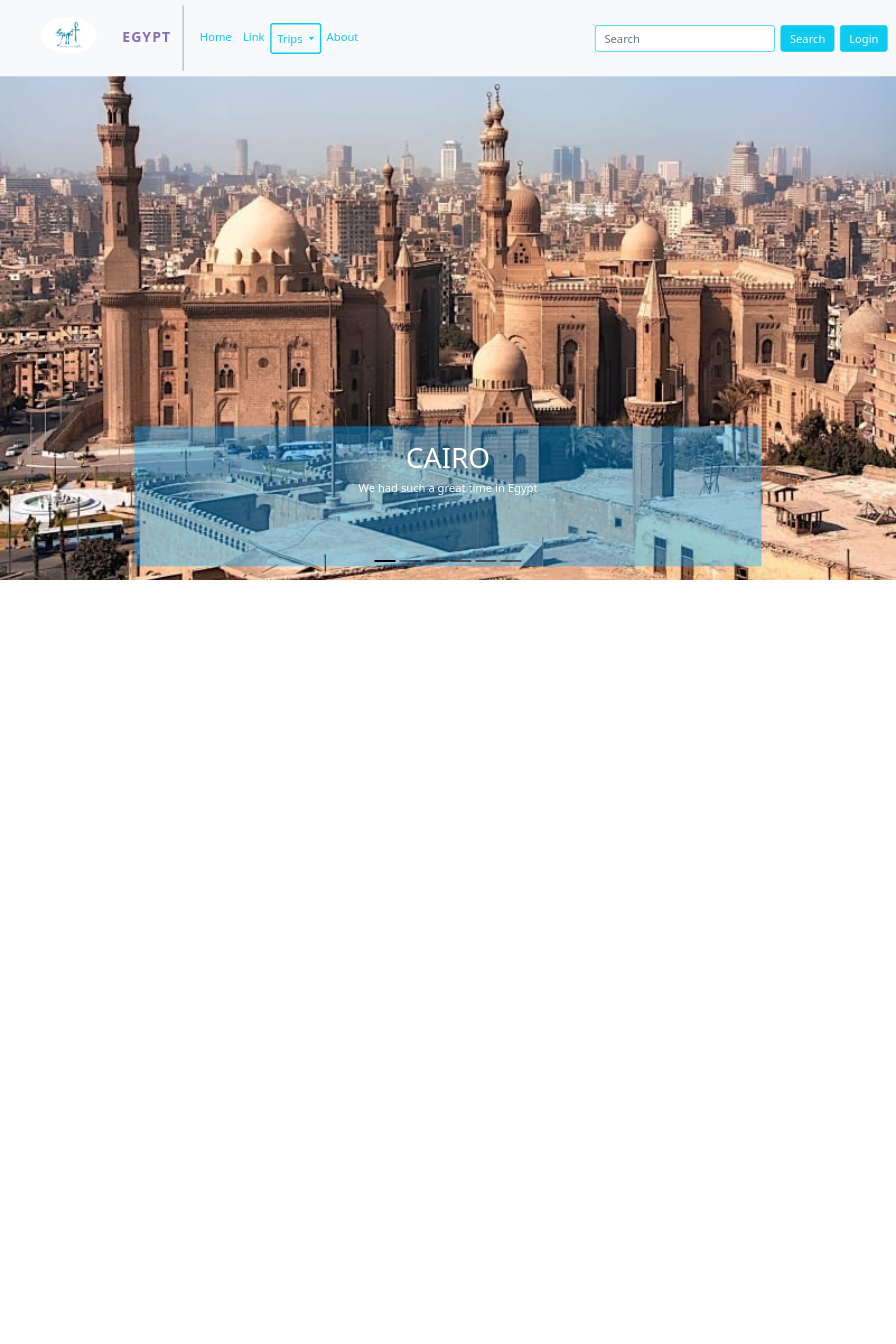
Repository: Ahmed123rezk123/P-temp
Page: index.html
An editor plug-in stored every save of this project. The page is shown before and after the next save, followed by the edit.
The browser window is 1280 px wide. The pictures show the part of the page from y = 0 to 1920 px (the page is 10000 px tall), at 70% of full size.

Above is the page before, as saved 2024-02-15 13:40:29.

### index.html
<!DOCTYPE html>
<html lang="en">
  <head>
    <meta charset="UTF-8" />
    <meta name="viewport" content="width=device-width, initial-scale=1.0" />
    <title>Document</title>
    <link rel="stylesheet" href="CSS/style.css" />
    <link rel="stylesheet" href="CSS/all.css" />
    <link
      href="https://cdn.jsdelivr.net/npm/bootstrap@5.1.3/dist/css/bootstrap.min.css"
      rel="stylesheet"
      integrity="sha384-1BmE4kWBq78iYhFldvKuhfTAU6auU8tT94WrHftjDbrCEXSU1oBoqyl2QvZ6jIW3"
      crossorigin="anonymous"
    />
  </head>
  <body>
    <nav class="navbar navbar-expand-lg bg-light sticky-top">
      <div class="container-fluid">
        <a class="navbar-brand egypt p-lg-3" href="#">
          <img
            src="images/e2533023876439.5632a45cc17d8.jpg"
            class="img-fluid logo mb-2"
            alt=""
          />
          EGYPT
        </a>
        <button
          class="navbar-toggler"
          type="button"
          data-bs-toggle="collapse"
          data-bs-target="#navbarSupportedContent"
          aria-controls="navbarSupportedContent"
          aria-expanded="false"
          aria-label="Toggle navigation"
        >
          <i class="fas fa-bars"></i>
        </button>
        <div class="collapse navbar-collapse" id="navbarSupportedContent">
          <ul class="navbar-nav me-auto mb-2 mb-lg-0">
            <li class="nav-item">
              <a
                class="nav-link active text-info p-lg-2"
                aria-current="page"
                href="#"
                >Home</a
              >
            </li>
            <li class="nav-item">
              <a class="nav-link text-info p-lg-2" href="#">Link</a>
            </li>
            <li class="nav-item dropdown">
              <a
                class="nav-link dropdown-toggle text-info border rounded border-info border-2 trips p-lg-2"
                href="#"
                id="navbarDropdown"
                role="button"
                data-bs-toggle="dropdown"
                aria-expanded="false"
              >
                Trips
              </a>
              <ul class="dropdown-menu" aria-labelledby="navbarDropdown">
                <li><a class="dropdown-item text-info" href="#">Cairo</a></li>
                <li><a class="dropdown-item text-info" href="#">Alex</a></li>
                <li><hr class="dropdown-divider text-info" /></li>
                <li><a class="dropdown-item text-info" href="#">Aswan</a></li>
                <li><a class="dropdown-item text-info" href="#">Luxor</a></li>
                <li>
                  <a class="dropdown-item text-info" href="#">Sharm Elsaikh</a>
                </li>
                <li>
                  <a class="dropdown-item text-info" href="#">El Glala</a>
                </li>
                <li>
                  <a class="dropdown-item text-info" href="#">More ...</a>
                </li>
              </ul>
            </li>
            <li class="nav-item">
              <a class="nav-link disabled text-info p-lg-2">About</a>
            </li>
          </ul>
          <form class="d-flex">
            <input
              class="form-control border-info me-2"
              type="search"
              placeholder="Search"
              aria-label="Search"
            />
            <button class="btn btn-info me-2 text-light" type="submit">
              Search
            </button>
            <button type="button" class="btn btn-info text-light"  data-bs-toggle="modal" data-bs-target="#exampleModal">
              Login
            </button>

          </form>
        </div>
      </div>
    </nav>
    <!-- start model -->
    <div
    class="modal fade"
    id="exampleModal"
    tabindex="-1"
    aria-labelledby="exampleModalLabel"
    aria-hidden="true"
  >
    <div class="modal-dialog">
      <div class="modal-content">
        <div class="modal-header bg-info">
          <h5 class="modal-title   text-white " id="exampleModalLabel">
            Login
          </h5>
          <button
            type="button"
            class="btn-close bg-light"
            data-bs-dismiss="modal"
            aria-label="Close"
          ></button>
        </div>
        <div class="modal-body text-info">
          <form>
            <div class="mb-3">
              <label for="exampleInputEmail1" class="form-label">Email address</label>
              <input type="email" class="form-control  border border-info" id="exampleInputEmail1" aria-describedby="emailHelp">
              <div id="emailHelp" class="form-text">We'll never share your email with anyone else.</div>
            </div>
            <div class="mb-3">
              <label for="exampleInputPassword1" class="form-label">Password</label>
              <input type="password" class="form-control border border-info" id="exampleInputPassword1">
            </div>
            <div class="form-check form-switch   ">
              <input class="form-check-input bg-info" type="checkbox" role="switch" id="flexSwitchCheckChecked" checked>
              <label class="form-check-label " for="flexSwitchCheckChecked">Remmember me</label>
            </div>
          </form>
        </div>

        <div class="modal-footer">
            <button type="button" class="btn btn-info text-white">Login</button>
          <button type="button" class="btn btn-info text-white"  data-bs-dismiss="modal"  aria-label="Close">
            Close
          </button>

        </div>
      </div>

    </div>
  </div>
  <!-- end model -->
<!--  Section 1-->
<div id="carouselExampleDark" class="carousel carousel-dark slide" data-bs-ride="carousel">
  <div class="carousel-indicators">
    <button type="button" data-bs-target="#carouselExampleDark" data-bs-slide-to="0" class="active" aria-current="true" aria-label="Slide 1"></button>
    <button type="button" data-bs-target="#carouselExampleDark" data-bs-slide-to="1" aria-label="Slide 2"></button>
    <button type="button" data-bs-target="#carouselExampleDark" data-bs-slide-to="2" aria-label="Slide 3"></button>
    <button type="button" data-bs-target="#carouselExampleDark" data-bs-slide-to="3" aria-label="Slide 4"></button>
    <button type="button" data-bs-target="#carouselExampleDark" data-bs-slide-to="4" aria-label="Slide 5"></button>
    <button type="button" data-bs-target="#carouselExampleDark" data-bs-slide-to="5" aria-label="Slide 6"></button>
  </div>
  <div class="carousel-inner">
    <div class="carousel-item active" data-bs-interval="10000">
      <img src="images/cairo.jpg" class="" alt="...">
      <div class="carousel-caption d-none d-md-block content">
        <h1 class="text-white">CAIRO</h1>
        <p class="text-white">We had such a great time in Egypt</p>
      </div>
    </div>
    <div class="carousel-item" data-bs-interval="2000">
      <img src="images/Alex.jpg" class="" alt="...">
      <div class="carousel-caption d-none d-md-block content">
        <h1 class="text-white">ALEX</h1>
        <p class="text-white">Alex is great</p>
      </div>
    </div>
    <div class="carousel-item">
      <img src="images/sharm.jpg" class="" alt="...">
      <div class="carousel-caption d-none d-md-block content">
        <h1 class="text-white">Sharm Elshekh</h1>
        <p class="text-white">Sharm is beautiful</p>
      </div>
    </div>
    <div class="carousel-item">
      <img src="images/glala.jpg" class="" alt="...">
      <div class="carousel-caption d-none d-md-block content">
        <h1 class="text-white">El Glala</h1>
        <p class="text-white">I love El Glala</p>
      </div>
    </div>
    <div class="carousel-item">
      <img src="images/aswan.jpg" class="" alt="...">
      <div class="carousel-caption d-none d-md-block">
        <h1 class="text-white">Aswan</h1>
        <p class="text-white">I want visit Aswan</p>
      </div>
    </div>
    <div class="carousel-item">
      <img src="images/الأقصر-2.jpg" class="" alt="...">
      <div class="carousel-caption d-none d-md-block">
        <h1 class="text-white">Luxor</h1>
        <p class="text-white">I love this city</p>
      </div>
    </div>
  </div>
  <button class="carousel-control-prev" type="button" data-bs-target="#carouselExampleDark" data-bs-slide="prev">
    <span class="carousel-control-prev-icon" aria-hidden="true"></span>
    <span class="visually-hidden">Previous</span>
  </button>
  <button class="carousel-control-next" type="button" data-bs-target="#carouselExampleDark" data-bs-slide="next">
    <span class="carousel-control-next-icon" aria-hidden="true"></span>
    <span class="visually-hidden">Next</span>
  </button>
</div>
  <script
      src="https://cdn.jsdelivr.net/npm/bootstrap@5.1.3/dist/js/bootstrap.bundle.min.js"
      integrity="sha384-ka7Sk0Gln4gmtz2MlQnikT1wXgYsOg+OMhuP+IlRH9sENBO0LRn5q+8nbTov4+1p"
      crossorigin="anonymous"
    ></script>
  </body>
</html>

### CSS/style.css
* {
    margin: 0;
    padding: 0;
    box-sizing: border-box;
}
body {
    height: 10000px;
}

.logo{
    width: 80px;
    height: 80px;
    border-radius: 50%;
    margin: 0 30px;
}
.egypt {
    position: relative;
    font-weight: bold;
    color:#876fb3;
    letter-spacing: 1.5px;
    border-right: 1px solid   gray;
    padding: 10px;

}

.navbar .navbar-toggler {
    border-color: gray;
    color: gray;
    font-size: 18px;
}
/* .navbar .navbar-toggler:focus {
box-shadow: none;

}
  */

  .carousel-inner .content {
    width: 70%;
    height: 200px;
    background-color: rgb(0, 166, 255,.4);
  }
  .carousel-inner .content h1 {
    text-transform: ;
  }
  .carousel-inner img {
    width: 100%;
    height: 30%;
}

Loaded but not shown: CSS/all.css (library)

After the next save:
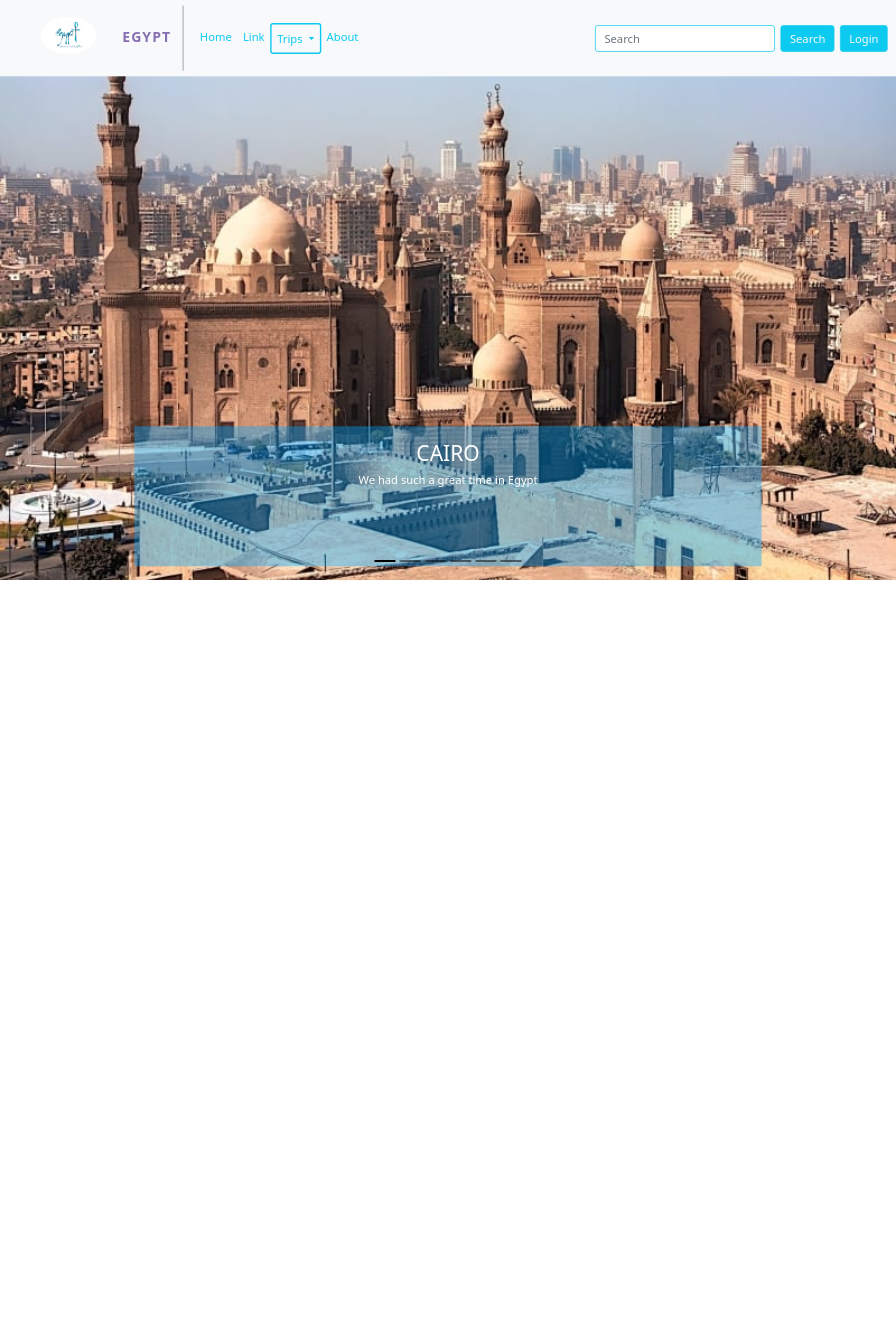
Saved 6 s later.
--- a/CSS/style.css
+++ b/CSS/style.css
@@ -40,7 +40,8 @@ box-shadow: none;
     background-color: rgb(0, 166, 255,.4);
   }
   .carousel-inner .content h1 {
-    text-transform: ;
+    text-transform: uppercase;
+    font-size: 30px;
   }
   .carousel-inner img {
     width: 100%;
